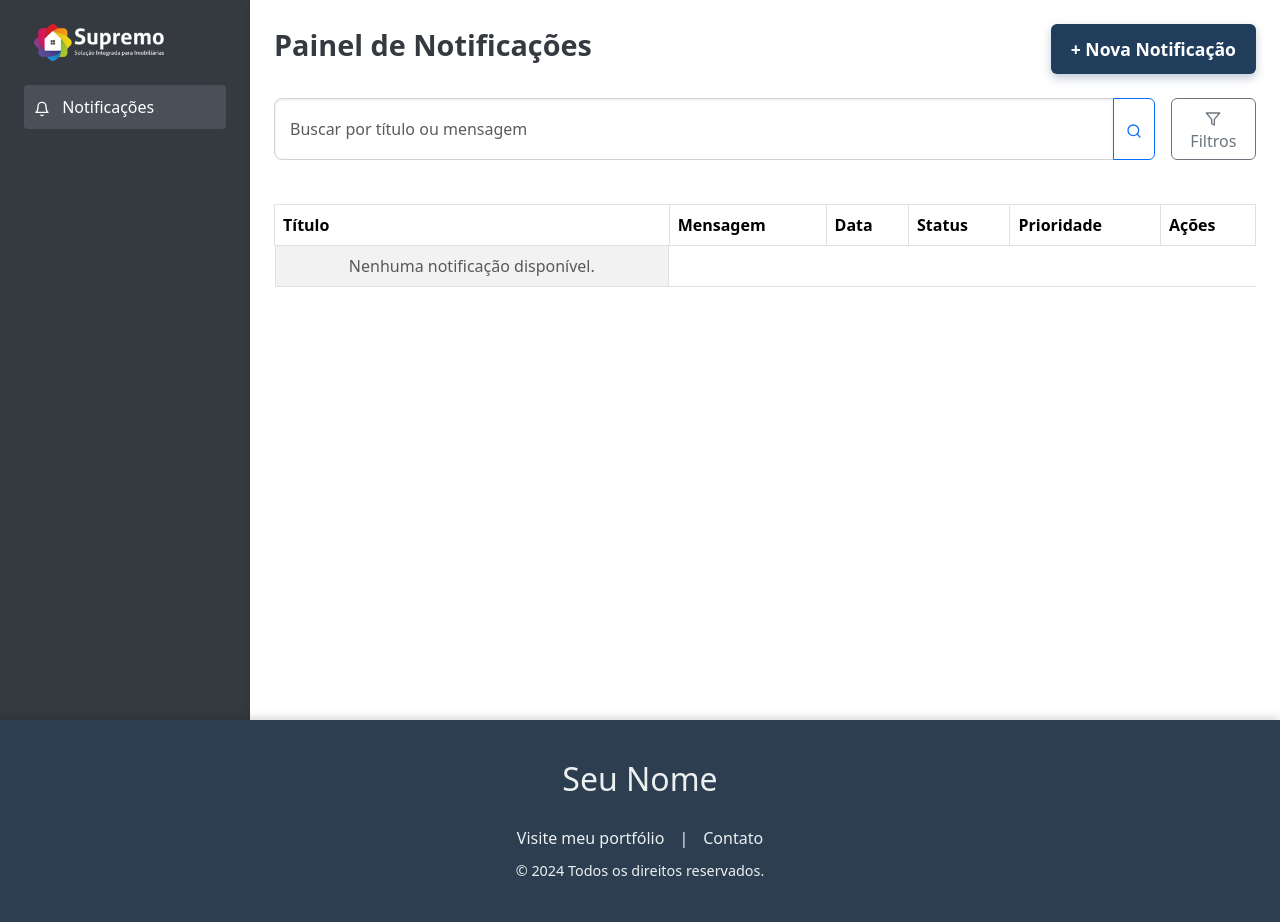
Repository: ryanmarinhodev/Supremo-teste-tecnico
Page: /notifications
These files come from the project's save history. The page is drawn as it stood at one moment and after the next save; the edit follows.
The browser window is 1280 px wide. The pictures show the whole page.
The project was rebuilt for these pictures with package versions that can differ from the ones it lists, and the page was loaded fresh each time. Also part of the build but not shown: src/App.css, src/Components/Login/index.jsx.

Above is the page before, as saved 2024-11-07 19:52:32.

After the next save:
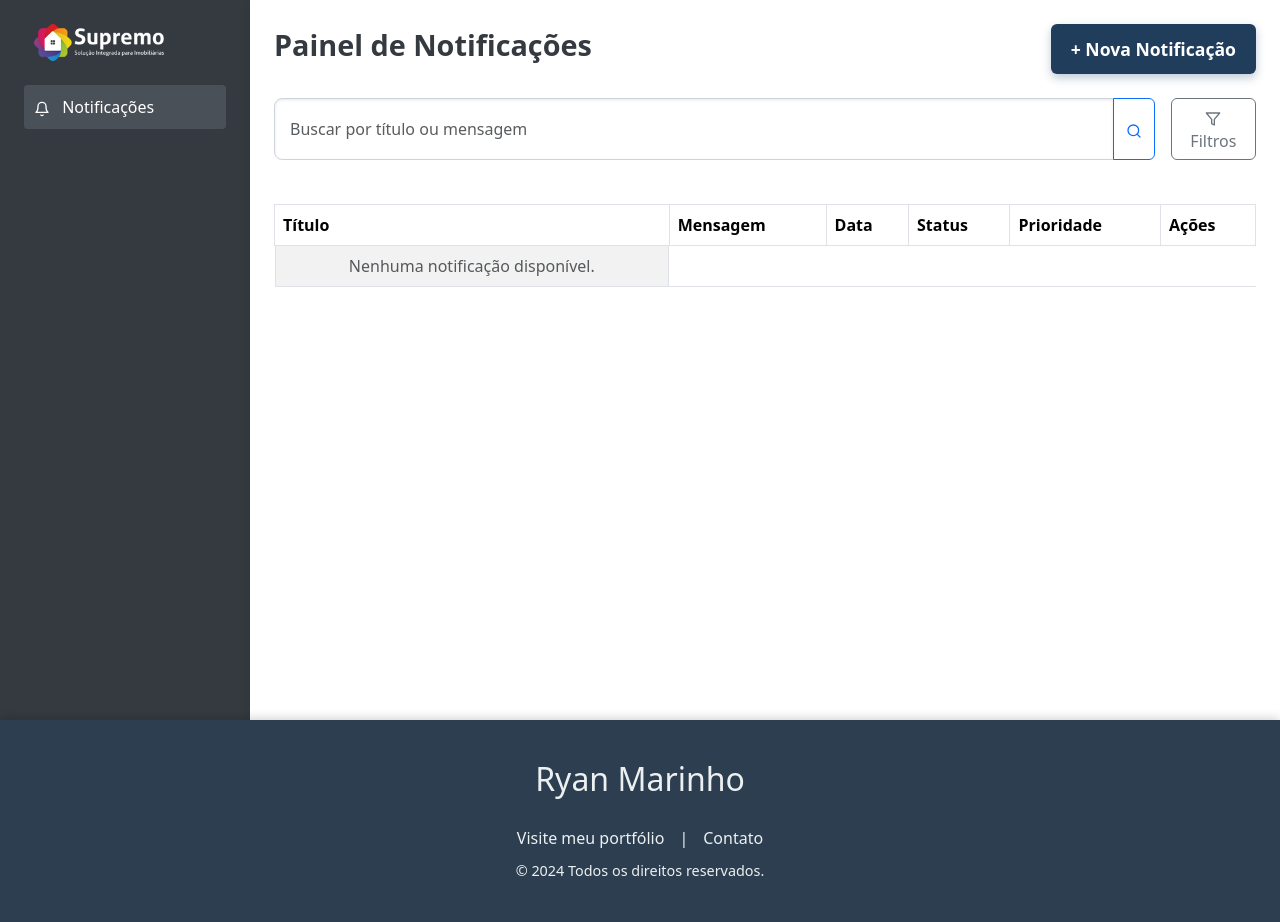
Saved 54 s later.
--- a/src/Components/Notifications/footer.jsx
+++ b/src/Components/Notifications/footer.jsx
@@ -8,7 +8,8 @@ const Footer = () => {
     <footer className="footer">
       <div className="footer-content">
         <div className="footer-logo">
-          <h2>Seu Nome</h2> {/* Coloque seu nome ou o nome do seu portfólio */}
+          <h2>Ryan Marinho</h2>{" "}
+          {/* Coloque seu nome ou o nome do seu portfólio */}
         </div>
         <nav className="footer-nav">
           <a href={portfolioLink} target="_blank" rel="noopener noreferrer">
